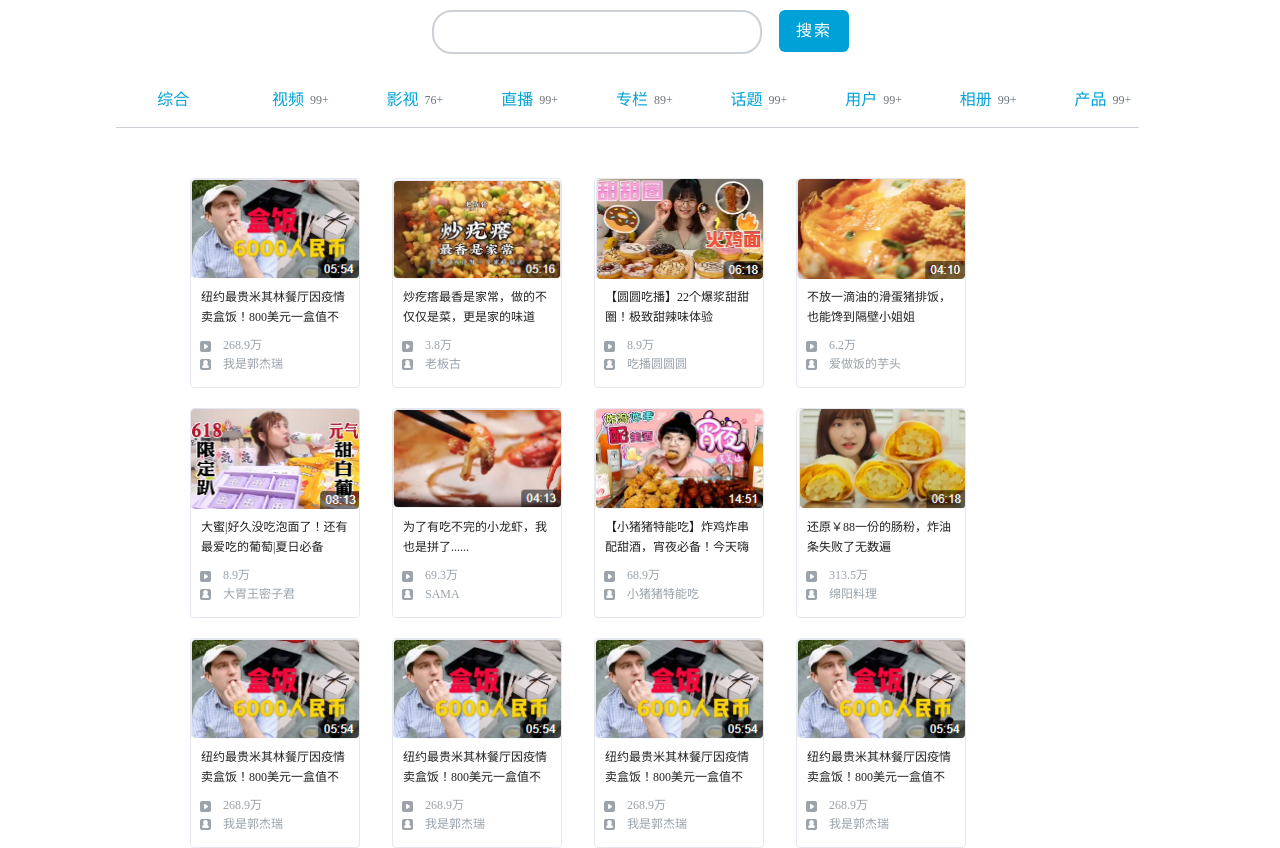
Repository: red-code-yl/web-project
Page: doc/food.html
An editor plug-in stored every save of this project. The page is shown before and after the next save, followed by the edit.
The browser window is 1280 px wide. The pictures show the whole page.

Above is the page before, as saved 2020-06-18 17:16:33.

After the next save:
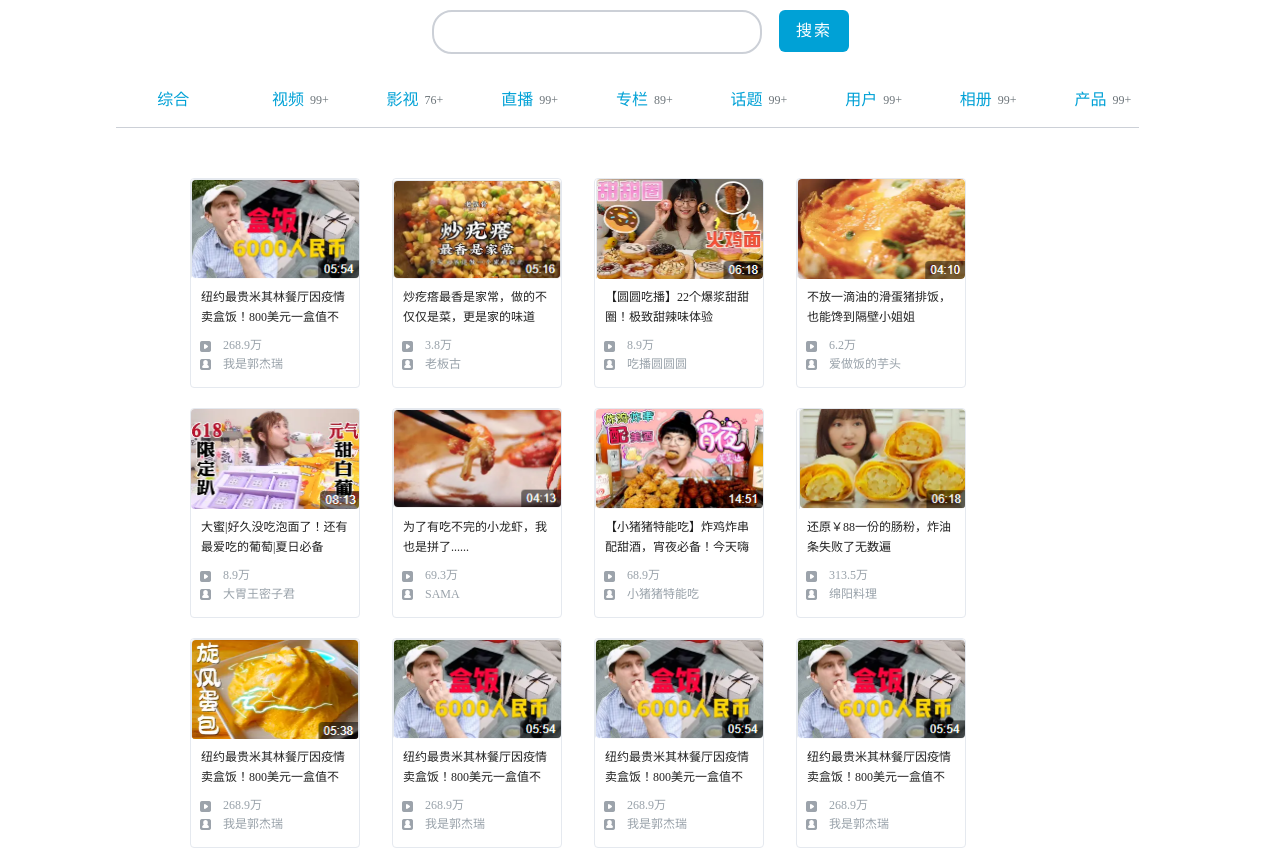
Saved 3 min 35 s later.
--- a/doc/food.html
+++ b/doc/food.html
@@ -312,7 +312,7 @@
                             <a href="#" title="" target="_blank" class="list-part-1">
                                 <div class="img">
                                     <div class="lazy-img">
-                                        <img alt src="../img/img-list1.png">
+                                        <img alt src="../img/img-list9.png">
                                     </div>
 
                                 </div>
